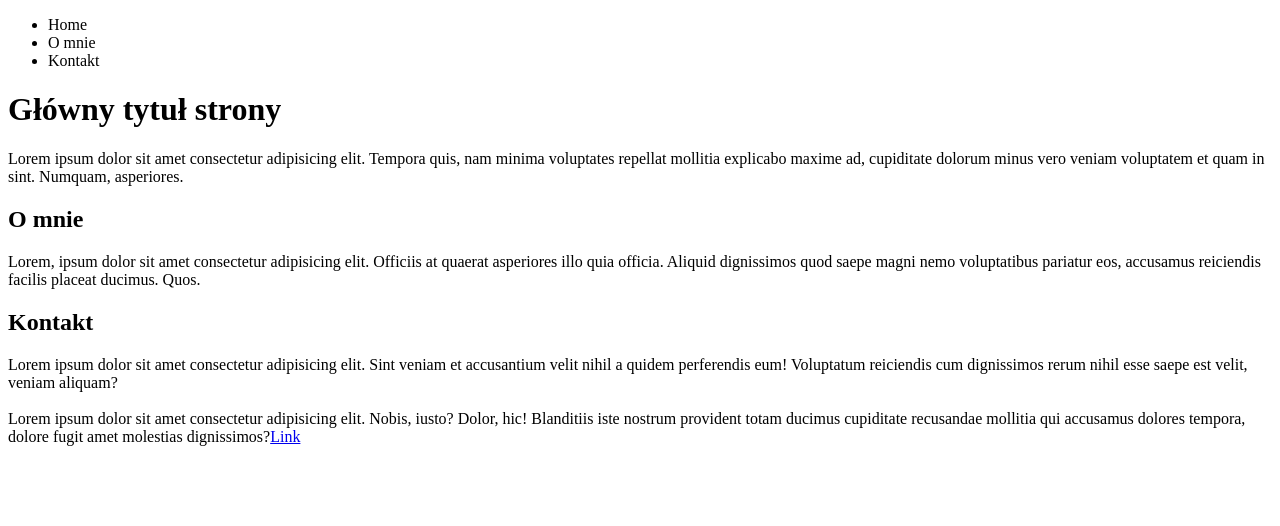
Repository: magdaf41/magdaf41.github.io
Page: zadania-domowe/HTML/zadanie_2/index.html
An editor plug-in stored every save of this project. The page is shown before and after the next save, followed by the edit.
The browser window is 1280 px wide. The pictures show the whole page.

Above is the page before, as saved 2020-08-13 11:19:06.

### zadania-domowe/HTML/zadanie_2/index.html
<!DOCTYPE html>
<html lang="en">

<head>
    <meta charset="UTF-8">
    <meta name="viewport" content="width=device-width, initial-scale=1.0">
    <title>Document</title>
</head>

<body>


    <nav id="menu">
        <ul>
            <li class="menu-item">Home</li>
            <li class="menu-item">O mnie</li>
            <li class="menu-item">Kontakt</li>
        </ul>
    </nav>


    <header id="header">
        <h1 id="main-header">Główny tytuł strony</h1>
        <p class="header-content">Lorem ipsum dolor sit amet consectetur adipisicing elit. Tempora quis, nam minima
            voluptates repellat
            mollitia explicabo maxime ad, cupiditate dolorum minus vero veniam voluptatem et quam in sint. Numquam,
            asperiores.</p>
    </header>

    <section id="about">
        <h2 id="about-header">O mnie</h2>
        <p class="about-content">Lorem, ipsum dolor sit amet consectetur adipisicing elit. Officiis at quaerat
            asperiores illo quia officia.
            Aliquid dignissimos quod saepe magni nemo voluptatibus pariatur eos, accusamus reiciendis facilis placeat
            ducimus. Quos.</p>
    </section>

    <section id="contact">
        <h2 id="contact-header">Kontakt</h2>
        <p class="contant-contact">Lorem ipsum dolor sit amet consectetur adipisicing elit. Sint veniam et accusantium
            velit nihil a quidem perferendis eum! Voluptatum reiciendis cum dignissimos rerum nihil esse saepe est
            velit, veniam aliquam?</p>
        <h3 id="info-header"></h3>
        <p class="content-info">Lorem ipsum dolor sit amet consectetur adipisicing elit. Nobis, iusto? Dolor, hic!
            Blanditiis iste nostrum provident totam ducimus cupiditate recusandae mollitia qui accusamus dolores
            tempora, dolore fugit amet molestias dignissimos?<a href="Link">Link</a></p>
    </section>

    <footer></footer>
</body>

</html>

After the next save:
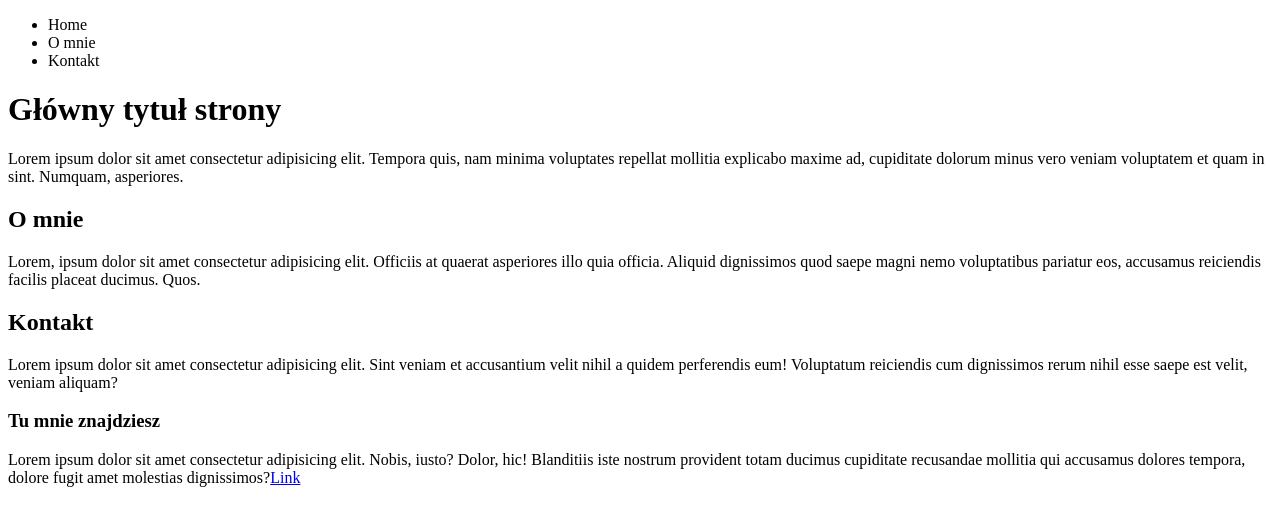
Saved 27 s later.
--- a/zadania-domowe/HTML/zadanie_2/index.html
+++ b/zadania-domowe/HTML/zadanie_2/index.html
@@ -40,7 +40,7 @@
         <p class="contant-contact">Lorem ipsum dolor sit amet consectetur adipisicing elit. Sint veniam et accusantium
             velit nihil a quidem perferendis eum! Voluptatum reiciendis cum dignissimos rerum nihil esse saepe est
             velit, veniam aliquam?</p>
-        <h3 id="info-header"></h3>
+        <h3 id="info-header">Tu mnie znajdziesz</h3>
         <p class="content-info">Lorem ipsum dolor sit amet consectetur adipisicing elit. Nobis, iusto? Dolor, hic!
             Blanditiis iste nostrum provident totam ducimus cupiditate recusandae mollitia qui accusamus dolores
             tempora, dolore fugit amet molestias dignissimos?<a href="Link">Link</a></p>
